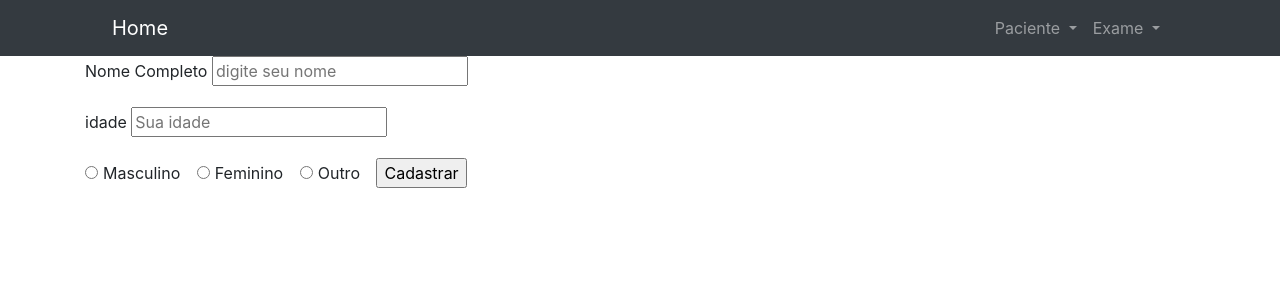
Repository: noobDevPRB/struts2_project
Page: http://localhost/Projeto_SOCTest/
These files come from the project's save history. The page is drawn as it stood at one moment and after the next save; the edit follows.
The browser window is 1280 px wide. The pictures show the whole page.
The page is served by Tomcat 9. Nobody is signed in. The application's start-up code is not run. Other server files are loaded and not shown.

Above is the page before, as saved 2020-10-17 18:45:56.

### Projeto_SOCTest/WebContent/index.jsp
<%@ page language="java" contentType="text/html; charset=ISO-8859-1" pageEncoding="ISO-8859-1"%>

<!DOCTYPE html>
<html lang="en">
<head>
  <!-- Required meta tags -->
  <meta charset="utf-8">
  <meta name="viewport" content="width=device-width, initial-scale=1, shrink-to-fit=no">
  <!-- Bootstrap CSS -->
  <link rel="stylesheet" href="https://cdn.jsdelivr.net/npm/bootstrap@4.5.3/dist/css/bootstrap.min.css">
  <title>Soc Teste</title>
</head>

<body>
	<nav class="navbar navbar-expand-lg navbar-dark bg-dark">
		<a class="navbar-brand pl-5 ml-5" href="http://localhost:8080/Projeto_SOCTest/">Home</a>

		<div class="collapse navbar-collapse" id="navbarSupportedContent">
			<ul class="navbar-nav ml-auto pr-5 mr-5">
				<li class="nav-item dropdown">
					<a class="nav-link dropdown-toggle" href="#" id="navbarDropdown" role="button" data-toggle="dropdown" aria-haspopup="true" aria-expanded="false">
					Paciente
					</a>
					<div class="dropdown-menu" aria-labelledby="navbarDropdown">
						<a class="dropdown-item" href="http://localhost:8080/Projeto_SOCTest/navegarCadastroPaciente">Cadastro</a>
						<a class="dropdown-item" href="http://localhost:8080/Projeto_SOCTest/listarPaciente">Listagem</a>
					</div>
				</li>
				<li class="nav-item dropdown">
					<a class="nav-link dropdown-toggle" href="#" id="navbarDropdown" role="button" data-toggle="dropdown" aria-haspopup="true" aria-expanded="false">
					Exame
					</a>
					<div class="dropdown-menu" aria-labelledby="navbarDropdown">
						<a class="dropdown-item" href="http://localhost:8080/Projeto_SOCTest/cadastrarExames">Cadastro</a>
						<a class="dropdown-item" href="http://localhost:8080/Projeto_SOCTest/listarExames">Listagem</a>
					</div>
				</li>
			</ul>
		</div>
	</nav>


	<div class="container">
		<div class="row">
			<div class="col-sm">
				<form  action="cadastrarPaciente"method="post">
					<div class="form-group">
						<label>Nome Completo</label>
						<input type="text" required="required" pattern="[a-z\s]+$" maxlength="40" placeholder="digite seu nome" name="paciente.nm_cmplt"/>
					</div>
					<div class="form-group">
						<label for="formGroupExampleInput2">idade</label>
						<input type="number" required="required" placeholder="Sua idade" name="paciente.idade"/>
					</div>

					<div class="form-check form-check-inline">
						<input class="form-check-input" type="radio" name="paciente.genero" value="masculino"/>
						<label class="form-check-label" for="inlineRadio1">Masculino</label>
					</div>
					<div class="form-check form-check-inline">
						<input class="form-check-input" type="radio" name="paciente.genero" value="feminino"/>
						<label class="form-check-label" for="inlineRadio2">Feminino</label>
					</div>
					<div class="form-check form-check-inline">
						<input class="form-check-input" type="radio" name="paciente.genero" value="outro"/>
						<label class="form-check-label" for="inlineRadio3">Outro</label>
					</div>

					<input type="submit" value="Cadastrar"/>
				</form>
			</div>
		</div>
	</div>

<script src="https://code.jquery.com/jquery-3.5.1.slim.min.js" integrity="sha384-DfXdz2htPH0lsSSs5nCTpuj/zy4C+OGpamoFVy38MVBnE+IbbVYUew+OrCXaRkfj" crossorigin="anonymous"></script>
<script src="https://cdn.jsdelivr.net/npm/bootstrap@4.5.3/dist/js/bootstrap.bundle.min.js" integrity="sha384-ho+j7jyWK8fNQe+A12Hb8AhRq26LrZ/JpcUGGOn+Y7RsweNrtN/tE3MoK7ZeZDyx" crossorigin="anonymous"></script>

</body>
</html>

After the next save:
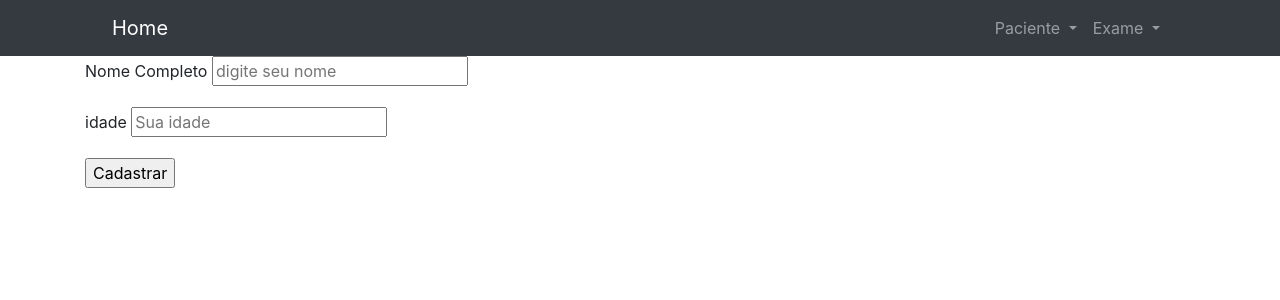
Saved 31 s later.
--- a/Projeto_SOCTest/WebContent/index.jsp
+++ b/Projeto_SOCTest/WebContent/index.jsp
@@ -53,18 +53,7 @@
 						<input type="number" required="required" placeholder="Sua idade" name="paciente.idade"/>
 					</div>
 
-					<div class="form-check form-check-inline">
-						<input class="form-check-input" type="radio" name="paciente.genero" value="masculino"/>
-						<label class="form-check-label" for="inlineRadio1">Masculino</label>
-					</div>
-					<div class="form-check form-check-inline">
-						<input class="form-check-input" type="radio" name="paciente.genero" value="feminino"/>
-						<label class="form-check-label" for="inlineRadio2">Feminino</label>
-					</div>
-					<div class="form-check form-check-inline">
-						<input class="form-check-input" type="radio" name="paciente.genero" value="outro"/>
-						<label class="form-check-label" for="inlineRadio3">Outro</label>
-					</div>
+
 
 					<input type="submit" value="Cadastrar"/>
 				</form>
